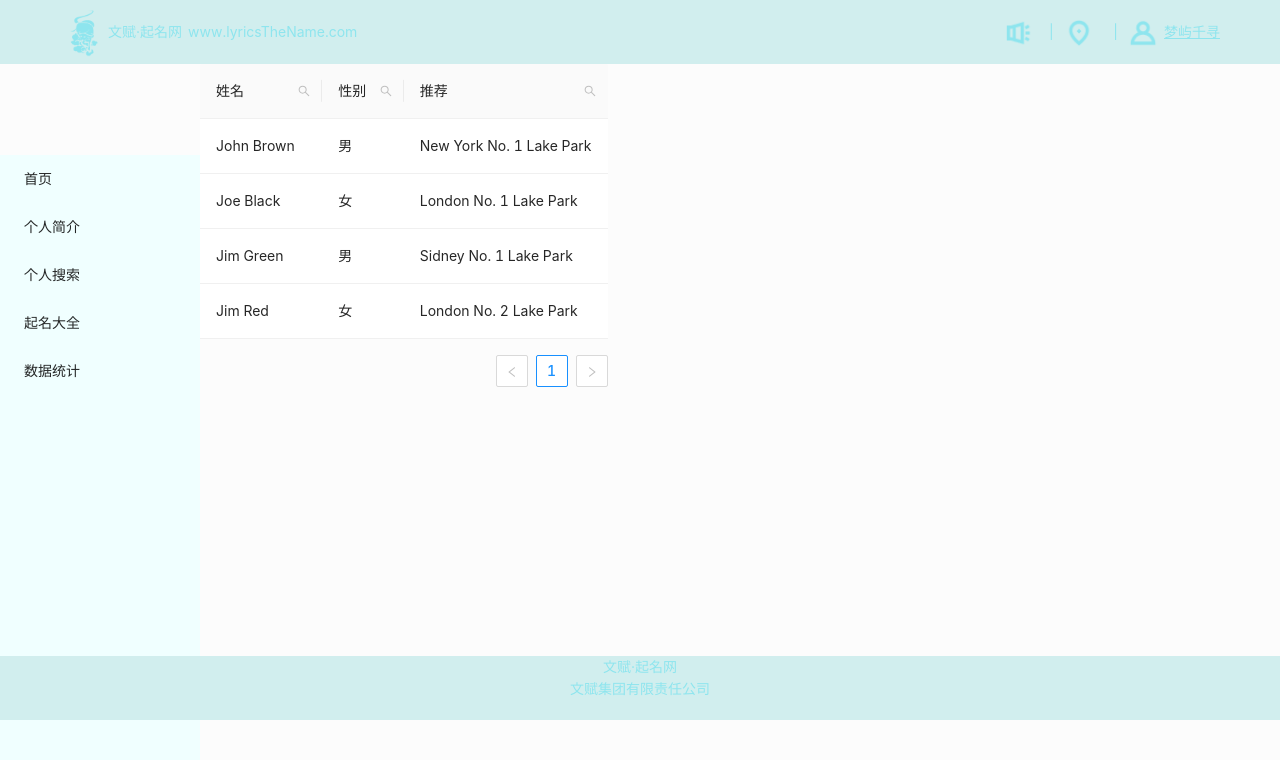
Repository: fangxueliang/react-redux-
Page: /
The author's editor kept a copy of each file at every save. The page is drawn from the files as they stood at one save, then again after the next save.
The browser window is 1280 px wide. The pictures show the whole page.
The project was rebuilt for these pictures with package versions that can differ from the ones it lists, and the page was loaded fresh each time. Also part of the build but not shown: src/Component/ProfileComponent/profileComponent.js.

Above is the page before, as saved 2020-12-31 16:22:30.

After the next save:
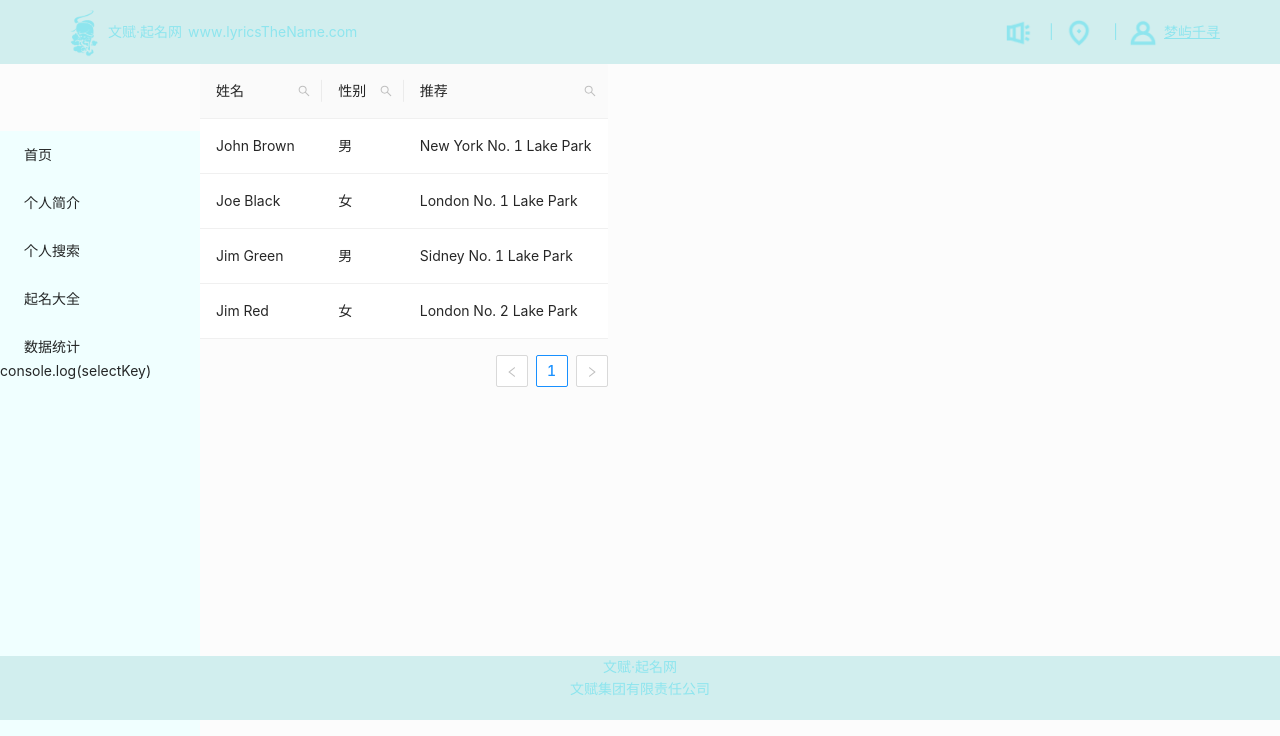
Saved 54 s later.
--- a/src/Component/MenuComponent/menuComponent.js
+++ b/src/Component/MenuComponent/menuComponent.js
@@ -22,6 +22,8 @@
                         <Link to={item.to}>{item.value}</Link>
                     </Menu.Item>))
             }
+                console.log(selectKey)
+            {}
         </Menu>
 
     )

After the save that followed:
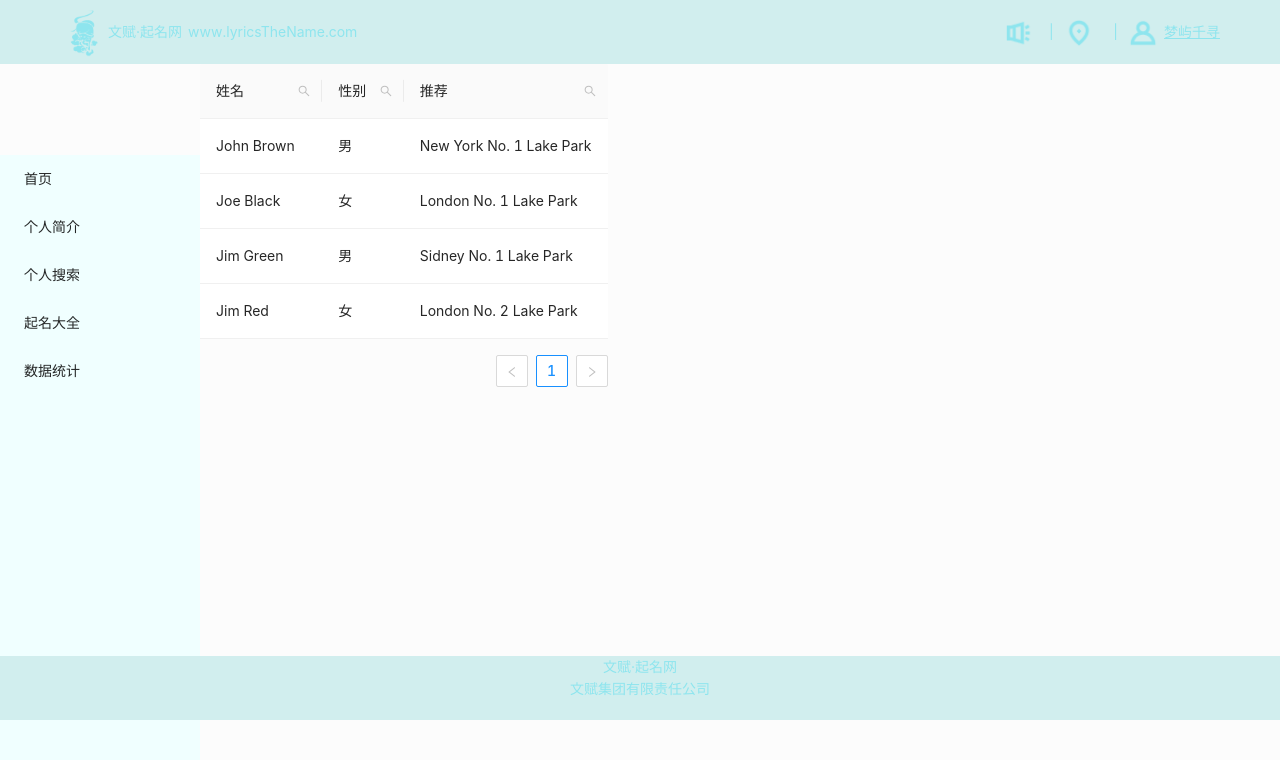
Saved 4 s later.
--- a/src/Component/MenuComponent/menuComponent.js
+++ b/src/Component/MenuComponent/menuComponent.js
@@ -22,8 +22,10 @@
                         <Link to={item.to}>{item.value}</Link>
                     </Menu.Item>))
             }
+            {
                 console.log(selectKey)
-            {}
+
+            }
         </Menu>
 
     )
